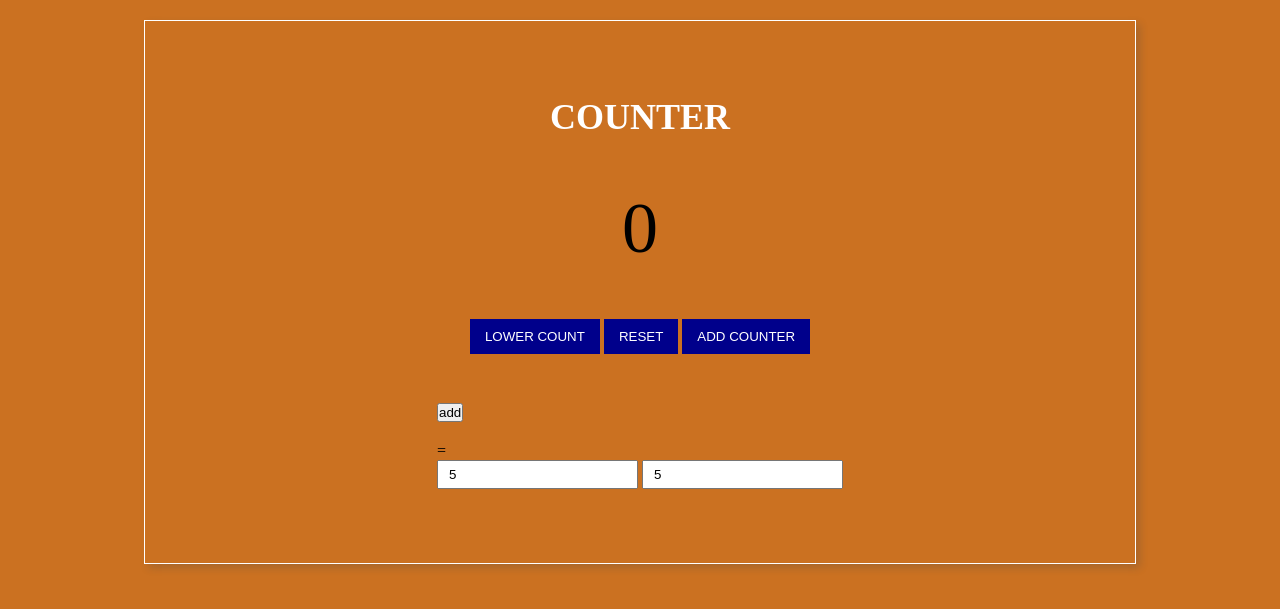
Repository: lusine-tech/counter
Page: index.html
These files come from the project's save history. The page is drawn as it stood at one moment and after the next save; the edit follows.
The browser window is 1280 px wide. The pictures show the whole page.
Empty fields were first filled with sample values (such as "Sample", 5 or name@example.com).
After loading, the first visible `button.sum` was clicked once.

Above is the page before, as saved 2022-02-15 00:06:32.

### index.html
<!DOCTYPE html>
<html lang="en">

<head>
    <meta charset="UTF-8">
    <meta http-equiv="X-UA-Compatible" content="IE=edge">
    <meta name="viewport" content="width=device-width, initial-scale=1.0">
    <link rel="stylesheet" href="style.css">
    <title>counter</title>
</head>

<body>
    <section class="background">
        <div class="block">
            <h3 class="title">Counter</h3>
            <p class="num" id="value">0</p>
            <div class="buttons">
                <button class="btn" id="decrease">lower count</button>
                <button class="btn" id="reset">reset</button>
                <button class="btn" id="increase">add Counter</button>
            </div>
            <div class="inputs">
                <button class="sum">add  </button>
                <div class="result"></div>
                <input type="number" class="left-number">
                <input type="number" class="right-number">
            </div>
        </div>
    </section>
    <script src="/script.js"></script>
</body>

</html>

### style.css
* {
    margin: 0;
    padding: 0;
    box-sizing: border-box;
}

.background {
    height: 100vh;
    width: 100vw;
    background-color: #cb7121;
    display: flex;
    justify-content: center;
    padding: 20px;
}

.block {
    display: flex;
    align-items: center;
    justify-content: space-around;
    flex-direction: column;

    height: 80%;
    width: 80%;
    border: 1px solid #fff;
    padding: 50px 20px;
    -webkit-box-shadow: 4px 4px 8px 0px rgba(34, 60, 80, 0.2);
    -moz-box-shadow: 4px 4px 8px 0px rgba(34, 60, 80, 0.2);
    box-shadow: 4px 4px 8px 0px rgba(34, 60, 80, 0.2);
}

.title {
    color: #fff;
    font-size: 36px;
    text-transform: uppercase;
}

.num {
    font-size: 72px;
}

input {
    padding: 5px 10px;
    outline: none;
}

.btn {
    padding: 10px 15px;
    color: #fff;
    cursor: pointer;
    transition: 0.5s ease;
    border: none;
    outline: none;
    background-color: #00008B;
    text-transform: uppercase;
}

.btn:hover {
    background-color: #303f9f;
}

.sum {
    text-align: center;
    margin-bottom: 20px;
}

### script.js
const decrease = document.querySelector("#decrease");
const increase = document.querySelector("#increase");
const reset = document.querySelector("#reset");
const num = document.querySelector("#value");
const leftNumber = document.querySelector(".left-number");
const righNumber = document.querySelector(".right-number");
const sum = document.querySelector(".sum");
 let leftInputValue = leftNumber.value;

 let rightInputValue = righNumber.value;

 const result = document.querySelector(".result");
 console.log(leftInputValue);
 console.log(rightInputValue);



let integer = 0;
decrease.addEventListener("click", function () {
    integer -= 1;
    num.innerHTML = integer;
});

increase.addEventListener("click", function () {
    integer += 1;
    num.innerHTML = integer;
});

reset.addEventListener("click", function () {
    integer = 0;
    num.innerHTML = integer;
});


function add(a) {

    return function innerFunc(b) {

return a + b;
    }
};




sum.addEventListener("click", function () {
    console.log("hello")
    console.log(add(leftInputValue)(rightInputValue));
  result.innerText = "=" + add(leftInputValue)(rightInputValue);


});

After the next save:
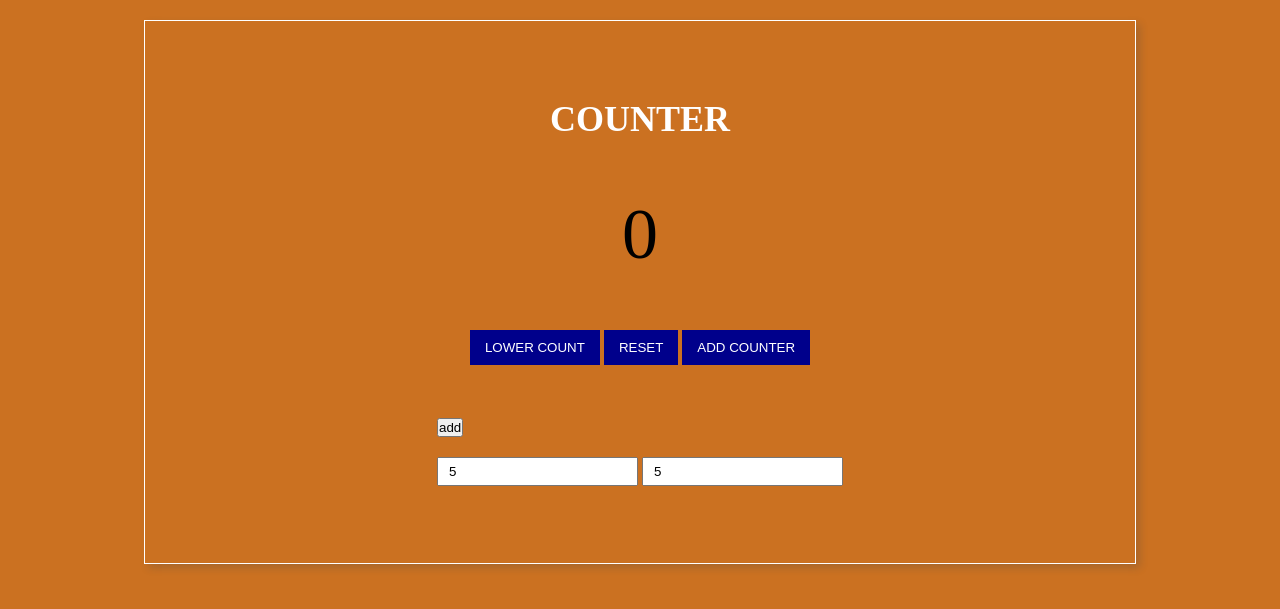
Saved 5 s later.
--- a/script.js
+++ b/script.js
@@ -46,7 +46,7 @@ return a + b;
 sum.addEventListener("click", function () {
     console.log("hello")
     console.log(add(leftInputValue)(rightInputValue));
-  result.innerText = "=" + add(leftInputValue)(rightInputValue);
+  result.innerText = add(leftInputValue)(rightInputValue);
 
 
 });
